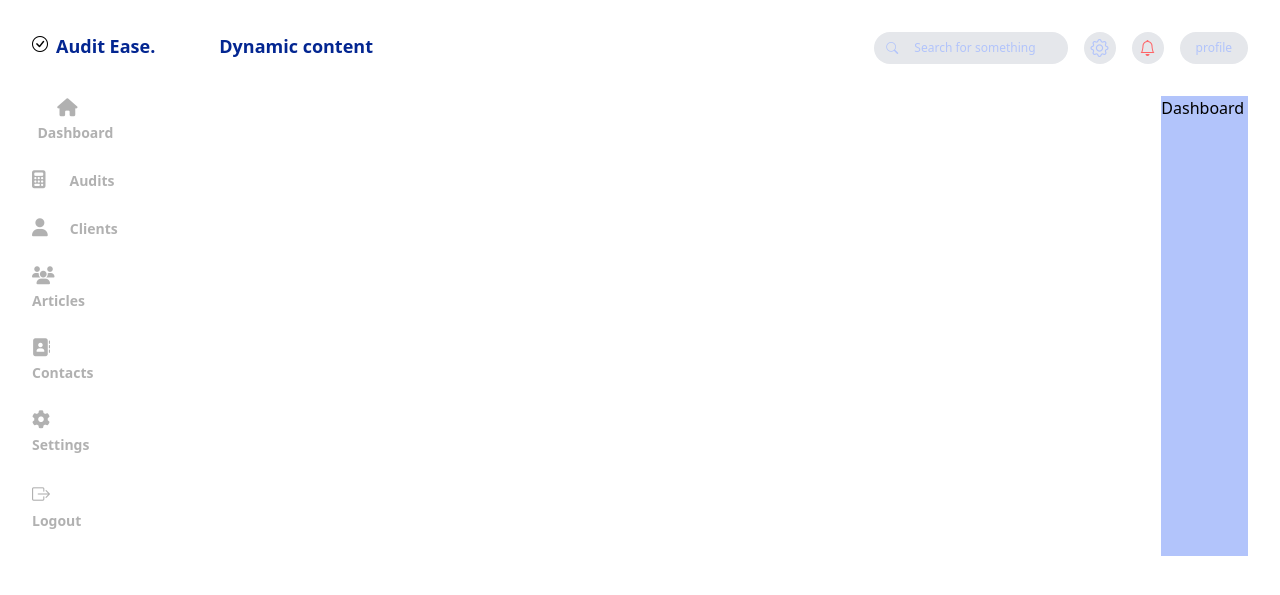
Repository: EclipticCode/Audit-Ease-FE
Page: /
The author's editor kept a copy of each file at every save. The page is drawn from the files as they stood at one save, then again after the next save.
The browser window is 1280 px wide. The pictures show the whole page.
Some web libraries are served in a nearby version. The project was rebuilt for these pictures with package versions that can differ from the ones it lists, and the page was loaded fresh each time. Also part of the build but not shown: vite.config.js, Login.jsx, src/Navbar.jsx, src/Pages/Audits.jsx.

Above is the page before, as saved 2025-03-27 22:40:30.

After the next save:
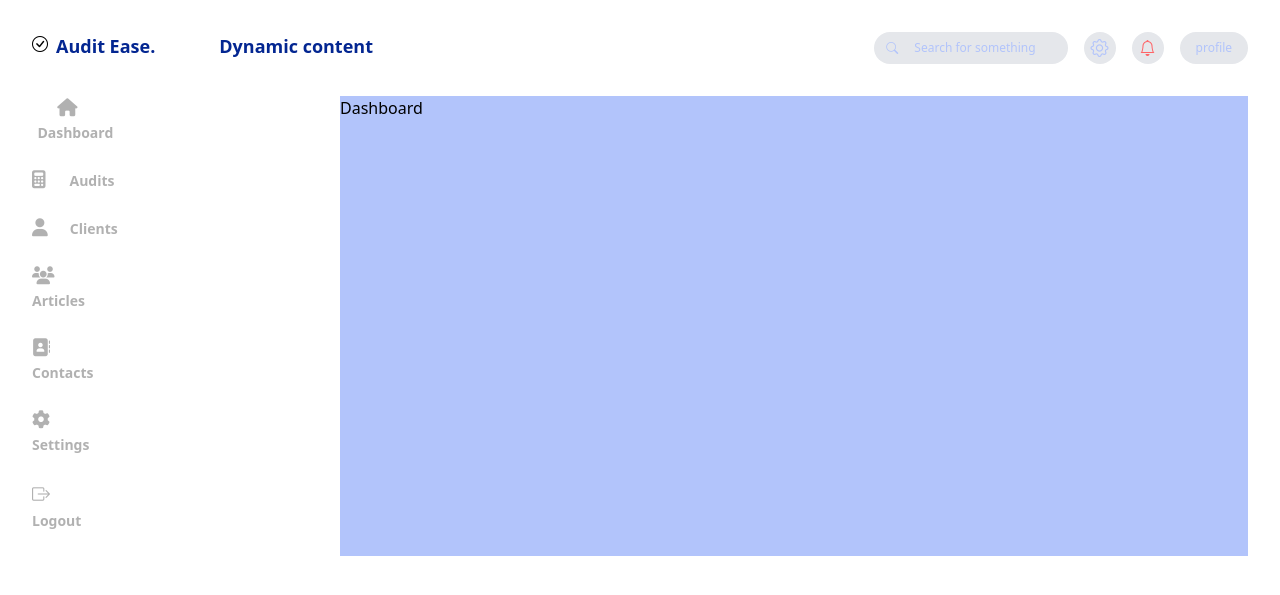
Saved 11 s later.
--- a/src/Pages/Dashboard.jsx
+++ b/src/Pages/Dashboard.jsx
@@ -20,7 +20,7 @@ const Dashboard = () => {
             <div className='mb-6'><span><i className="bi bi-box-arrow-right mr-6 text-lg"></i></span><span className='font-semibold text-sm'>Logout</span></div>
         </div>
         </div>
-      <div className='cols-span-9 col-end-13  bg-soft-primary'>Dashboard</div>
+      <div className='col-span-9 col-end-13  bg-soft-primary'>Dashboard</div>
     </div>
   )
 }
